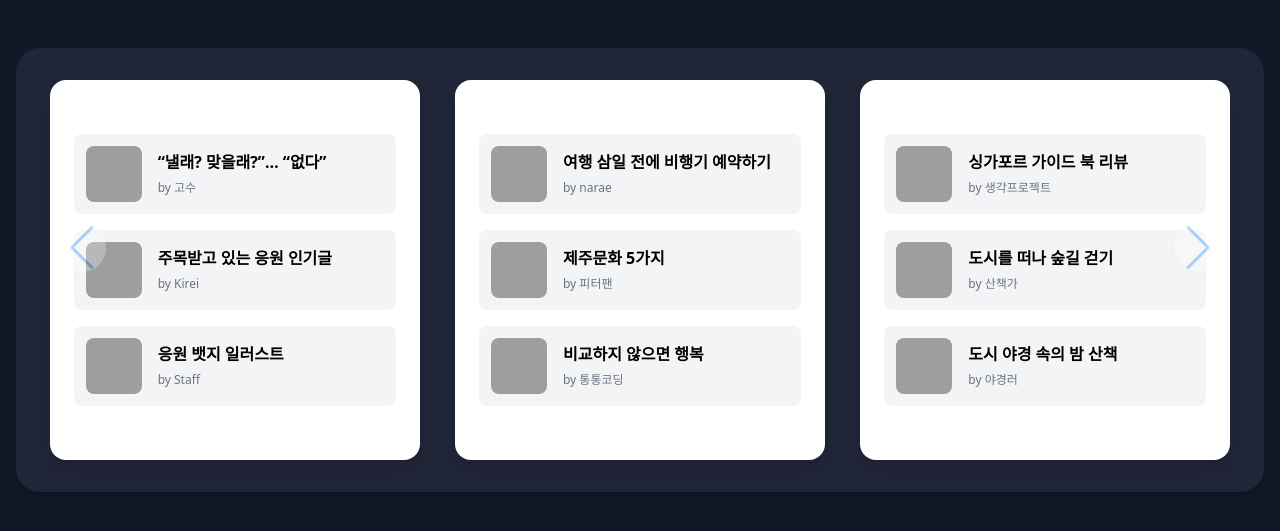
Repository: hyerim1234/travelblog
Page: html/slide2.html
These files come from the project's save history. The page is drawn as it stood at one moment and after the next save; the edit follows.
The browser window is 1280 px wide. The pictures show the whole page.
Pictures or frames that could not be fetched are drawn as grey boxes. Some web libraries are served in a nearby version.

Above is the page before, as saved 2025-06-05 11:44:49.

### html/slide2.html
<!DOCTYPE html>
<html lang="ko">
<head>
  <meta charset="UTF-8" />
  <meta name="viewport" content="width=device-width, initial-scale=1.0"/>
  <title>슬라이드 박스 그룹형 브런치 슬라이더</title>
  <script src="https://cdn.tailwindcss.com"></script>
  <link rel="stylesheet" href="https://unpkg.com/swiper/swiper-bundle.min.css" />
  <style>
    .swiper {
      /* Swiper 8+는 .swiper 사용! */
      overflow: visible;
    }
    .swiper-pagination {
      display: flex !important;
      justify-content: center;
      margin-top: 1.5rem;
    }
    .swiper-pagination-bullet {
      width: auto;
      height: auto;
      opacity: 0.5;
      color: #999;
      margin: 0 0.25rem;
      font-size: 1rem;
      padding-bottom: 0.15rem;
      cursor: pointer;
      background: none !important;
    }
    .swiper-pagination-bullet-active {
      opacity: 1;
      color: #000;
      border-bottom: 2px solid #000;
      background: none !important;
    }
    /* 네비게이션 버튼 z-index 높임, 밖에 위치 고정 */
    .swiper-button-prev, .swiper-button-next {
      z-index: 20;
      top: 50% !important;
      transform: translateY(-50%);
      background: rgba(255,255,255,0.9);
      width: 48px;
      height: 48px;
      border-radius: 50%;
      box-shadow: 0 2px 12px 0 rgb(0 0 0 / 6%);
      display: flex;
      align-items: center;
      justify-content: center;
      transition: background 0.2s;
    }
    .swiper-button-prev:hover, .swiper-button-next:hover {
      background: #fff;
    }
    .swiper-button-disabled {
      opacity: 0.3 !important;
      pointer-events: none;
    }
  </style>
</head>
<body class="bg-gray-900">

  <section class="py-12">
    <div class="container mx-auto px-4">
      <!-- 슬라이더를 감싸는 배경 박스 -->
      <div class="relative bg-[#202537] rounded-3xl px-8 py-8 flex justify-center items-center shadow-lg">
        <div class="swiper w-full max-w-7xl">
          <div class="swiper-wrapper">
            <!-- 각 슬라이드 박스 -->
            <div class="swiper-slide flex justify-center">
              <div class="bg-white rounded-2xl shadow-lg w-full max-w-[370px] h-[380px] flex flex-col justify-center gap-4 p-6">
                <div class="flex items-center gap-4 bg-gray-100 rounded-lg p-3">
                  <img src="https://picsum.photos/id/1069/60/60" class="rounded-lg w-14 h-14 object-cover" />
                  <div>
                    <p class="font-semibold">“낼래? 맞을래?”… “없다”</p>
                    <span class="text-xs text-gray-500">by 고수</span>
                  </div>
                </div>
                <div class="flex items-center gap-4 bg-gray-100 rounded-lg p-3">
                  <img src="https://picsum.photos/id/1050/60/60" class="rounded-lg w-14 h-14 object-cover" />
                  <div>
                    <p class="font-semibold">주목받고 있는 응원 인기글</p>
                    <span class="text-xs text-gray-500">by Kirei</span>
                  </div>
                </div>
                <div class="flex items-center gap-4 bg-gray-100 rounded-lg p-3">
                  <img src="https://picsum.photos/id/1011/60/60" class="rounded-lg w-14 h-14 object-cover" />
                  <div>
                    <p class="font-semibold">응원 뱃지 일러스트</p>
                    <span class="text-xs text-gray-500">by Staff</span>
                  </div>
                </div>
              </div>
            </div>
            <!-- 이하 슬라이드 박스 2~6... (원본 내용과 동일하게 추가) -->
            <div class="swiper-slide flex justify-center">
              <div class="bg-white rounded-2xl shadow-lg w-full max-w-[370px] h-[380px] flex flex-col justify-center gap-4 p-6">
                <div class="flex items-center gap-4 bg-gray-100 rounded-lg p-3">
                  <img src="https://picsum.photos/id/1030/60/60" class="rounded-lg w-14 h-14 object-cover" />
                  <div>
                    <p class="font-semibold">여행 삼일 전에 비행기 예약하기</p>
                    <span class="text-xs text-gray-500">by narae</span>
                  </div>
                </div>
                <div class="flex items-center gap-4 bg-gray-100 rounded-lg p-3">
                  <img src="https://picsum.photos/id/1020/60/60" class="rounded-lg w-14 h-14 object-cover" />
                  <div>
                    <p class="font-semibold">제주문화 5가지</p>
                    <span class="text-xs text-gray-500">by 피터팬</span>
                  </div>
                </div>
                <div class="flex items-center gap-4 bg-gray-100 rounded-lg p-3">
                  <img src="https://picsum.photos/id/1040/60/60" class="rounded-lg w-14 h-14 object-cover" />
                  <div>
                    <p class="font-semibold">비교하지 않으면 행복</p>
                    <span class="text-xs text-gray-500">by 통통코딩</span>
                  </div>
                </div>
              </div>
            </div>
            <!-- ...슬라이드 박스 3~6도 동일하게 추가! -->
            <div class="swiper-slide flex justify-center">
              <div class="bg-white rounded-2xl shadow-lg w-full max-w-[370px] h-[380px] flex flex-col justify-center gap-4 p-6">
                <div class="flex items-center gap-4 bg-gray-100 rounded-lg p-3">
                  <img src="https://picsum.photos/id/1070/60/60" class="rounded-lg w-14 h-14 object-cover" />
                  <div>
                    <p class="font-semibold">싱가포르 가이드 북 리뷰</p>
                    <span class="text-xs text-gray-500">by 생각프로젝트</span>
                  </div>
                </div>
                <div class="flex items-center gap-4 bg-gray-100 rounded-lg p-3">
                  <img src="https://picsum.photos/id/1080/60/60" class="rounded-lg w-14 h-14 object-cover" />
                  <div>
                    <p class="font-semibold">도시를 떠나 숲길 걷기</p>
                    <span class="text-xs text-gray-500">by 산책가</span>
                  </div>
                </div>
                <div class="flex items-center gap-4 bg-gray-100 rounded-lg p-3">
                  <img src="https://picsum.photos/id/1090/60/60" class="rounded-lg w-14 h-14 object-cover" />
                  <div>
                    <p class="font-semibold">도시 야경 속의 밤 산책</p>
                    <span class="text-xs text-gray-500">by 야경러</span>
                  </div>
                </div>
              </div>
            </div>
            <!-- ...슬라이드 박스 4~6도 복붙으로 동일하게 -->
            <!-- ... -->
          </div>
          <!-- 네비게이션 -->
          <div class="swiper-button-prev"></div>
          <div class="swiper-button-next"></div>
          <!-- 페이지네이션 -->
          <div class="swiper-pagination"></div>
        </div>
      </div>
    </div>
  </section>

  <script src="https://unpkg.com/swiper/swiper-bundle.min.js"></script>
  <script>
    const swiper = new Swiper('.swiper', {
      slidesPerView: 3,
      slidesPerGroup: 3,
      spaceBetween: 32,
      centeredSlides: false,
      navigation: {
        nextEl: '.swiper-button-next',
        prevEl: '.swiper-button-prev',
      },
      pagination: {
        el: '.swiper-pagination',
        clickable: true,
        renderBullet: (idx, className) => {
          const num = idx+1 < 10 ? '0'+(idx+1) : (idx+1);
          return `<span class="${className}">${num}</span>`;
        },
      },
      breakpoints: {
        1280: { slidesPerView: 3, slidesPerGroup: 3, spaceBetween: 32 },
        1024: { slidesPerView: 2, slidesPerGroup: 2, spaceBetween: 24 },
        640:  { slidesPerView: 1, slidesPerGroup: 1, spaceBetween: 16 },
      },
    });
  </script>
</body>
</html>

After the next save:
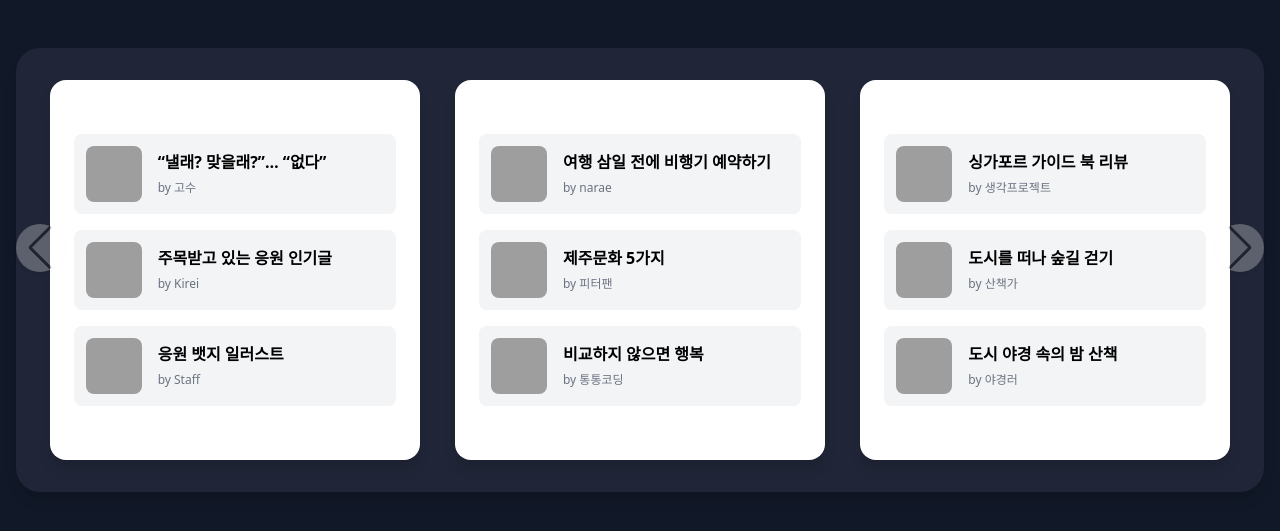
Saved 30 min 57 s later.
--- a/html/slide2.html
+++ b/html/slide2.html
@@ -8,7 +8,6 @@
   <link rel="stylesheet" href="https://unpkg.com/swiper/swiper-bundle.min.css" />
   <style>
     .swiper {
-      /* Swiper 8+는 .swiper 사용! */
       overflow: visible;
     }
     .swiper-pagination {
@@ -33,7 +32,6 @@
       border-bottom: 2px solid #000;
       background: none !important;
     }
-    /* 네비게이션 버튼 z-index 높임, 밖에 위치 고정 */
     .swiper-button-prev, .swiper-button-next {
       z-index: 20;
       top: 50% !important;
@@ -47,6 +45,7 @@
       align-items: center;
       justify-content: center;
       transition: background 0.2s;
+      color: #222;
     }
     .swiper-button-prev:hover, .swiper-button-next:hover {
       background: #fff;
@@ -63,11 +62,13 @@
     <div class="container mx-auto px-4">
       <!-- 슬라이더를 감싸는 배경 박스 -->
       <div class="relative bg-[#202537] rounded-3xl px-8 py-8 flex justify-center items-center shadow-lg">
+        <!-- Swiper Slides -->
         <div class="swiper w-full max-w-7xl">
           <div class="swiper-wrapper">
-            <!-- 각 슬라이드 박스 -->
+            <!-- 슬라이드 1 -->
             <div class="swiper-slide flex justify-center">
               <div class="bg-white rounded-2xl shadow-lg w-full max-w-[370px] h-[380px] flex flex-col justify-center gap-4 p-6">
+                <!-- 카드 1~3 -->
                 <div class="flex items-center gap-4 bg-gray-100 rounded-lg p-3">
                   <img src="https://picsum.photos/id/1069/60/60" class="rounded-lg w-14 h-14 object-cover" />
                   <div>
@@ -91,7 +92,7 @@
                 </div>
               </div>
             </div>
-            <!-- 이하 슬라이드 박스 2~6... (원본 내용과 동일하게 추가) -->
+            <!-- 슬라이드 2 -->
             <div class="swiper-slide flex justify-center">
               <div class="bg-white rounded-2xl shadow-lg w-full max-w-[370px] h-[380px] flex flex-col justify-center gap-4 p-6">
                 <div class="flex items-center gap-4 bg-gray-100 rounded-lg p-3">
@@ -117,7 +118,7 @@
                 </div>
               </div>
             </div>
-            <!-- ...슬라이드 박스 3~6도 동일하게 추가! -->
+            <!-- 슬라이드 3 -->
             <div class="swiper-slide flex justify-center">
               <div class="bg-white rounded-2xl shadow-lg w-full max-w-[370px] h-[380px] flex flex-col justify-center gap-4 p-6">
                 <div class="flex items-center gap-4 bg-gray-100 rounded-lg p-3">
@@ -143,15 +144,13 @@
                 </div>
               </div>
             </div>
-            <!-- ...슬라이드 박스 4~6도 복붙으로 동일하게 -->
-            <!-- ... -->
+            <!-- ...더 추가 가능 -->
           </div>
-          <!-- 네비게이션 -->
-          <div class="swiper-button-prev"></div>
-          <div class="swiper-button-next"></div>
-          <!-- 페이지네이션 -->
-          <div class="swiper-pagination"></div>
         </div>
+        <!-- 네비게이션/페이지네이션은 Swiper 밖에 위치! -->
+        <div class="swiper-button-prev absolute left-0"></div>
+        <div class="swiper-button-next absolute right-0"></div>
+        <div class="swiper-pagination w-full absolute left-0 bottom-2"></div>
       </div>
     </div>
   </section>
